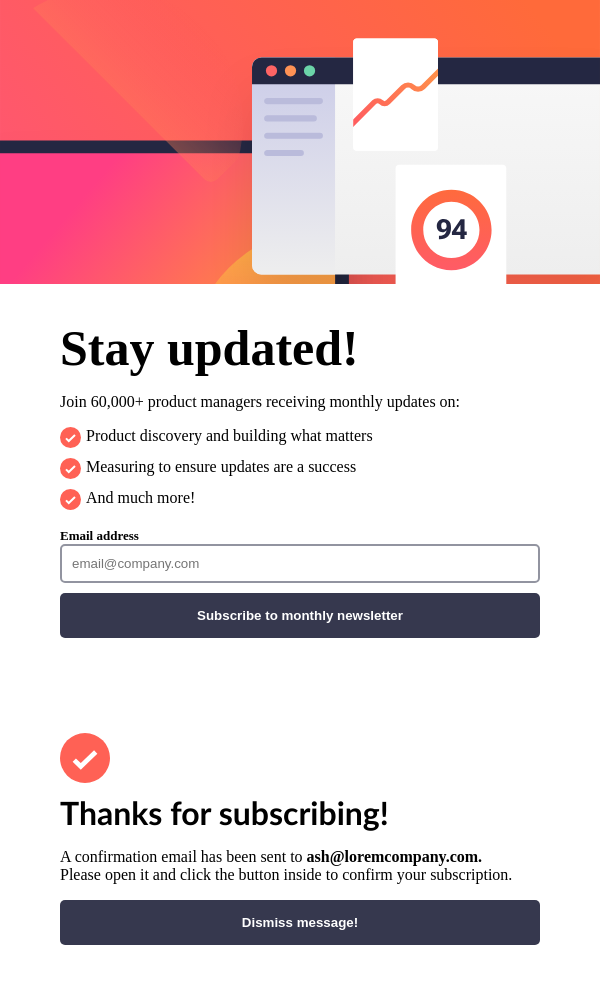
Repository: Celebration-cloud/Newsletter
Page: index.html
These files come from the project's save history. The page is drawn as it stood at one moment and after a run of saves; the edit follows.
The browser window is 600 px wide. The pictures show the whole page.

Above is the page before, as saved 2023-07-19 23:45:44.

After the next 2 saves:
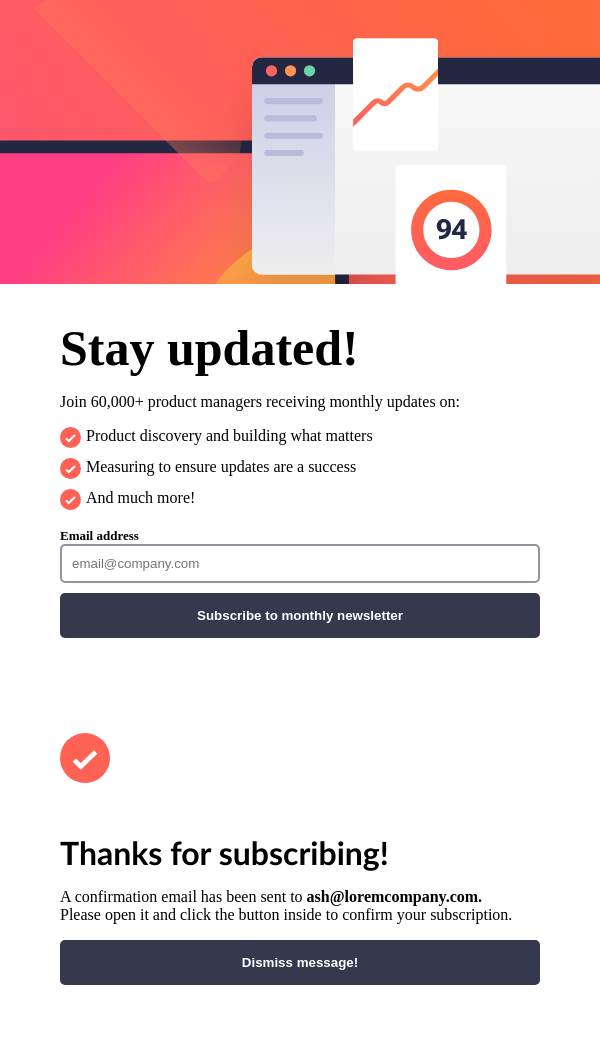
The 2 saves are shown as one change because they came seconds apart.
The last was saved 5 s later.
--- a/index.css
+++ b/index.css
@@ -136,7 +136,7 @@ button{
     }
     #success img{
         width: 50px;
-        margin-bottom: 10px;
+        margin-bottom: 50px;
     }
     #success h2{
         font-weight: bolder;
